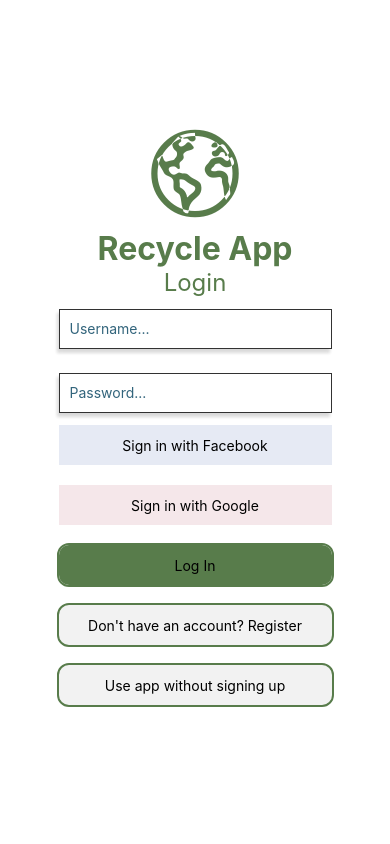
Repository: ct-pham/COMP4511
Screen: / (app in comp4511/)
The author's editor kept a copy of each file at every save. The screen is drawn from the files as they stood at one save, then again after the next save.
The app was drawn by React Native's web renderer in a window 390 px wide. The project was rebuilt for these pictures with package versions that can differ from the ones it lists, and the page was loaded fresh each time.

Above is the screen before, as saved 2022-11-07 16:46:20.

### comp4511/App.js

// import { NavigationContainer } from 'react-navigation/native';
// import { createNativeStackNavigator } from 'react-navigation/native-stack';
import Login from './Components/Login';
//import Register from './Components/Register';

export default function App() {
  return (
    // <NavigationContainer>
    //   <Stack.Navigator initialRouteName="Home">
    //     <Stack.Screen name="Login" component={Login} />
    //     <Stack.Screen name="Register" component={Register} />
    //   </Stack.Navigator>
    // </NavigationContainer>
    <Login />
  );
}

### comp4511/Components/Login.js
import {
    StyleSheet,
    Text,
    View,
    TextInput,
    TouchableOpacity,
} from 'react-native';

import FontAwesome from 'react-native-vector-icons/FontAwesome';

import Icon from 'react-native-vector-icons/Ionicons';

export default function Login( {navigation}) {
    return (
        <View style={styles.container}>
            <View>
                <Icon
                    name = "earth-outline"
                    size = {100}
                    color = "#587C4B"
                />
            </View>

            <Text style = {styles.title}>Recycle App</Text>
            <Text style = {styles.subtitle}>Login</Text>
            <View style={styles.inputView}>
                <TextInput
                    style={styles.TextInput}
                    placeholder="Username..."
                    placeholderTextColor="#003f5c"
                />
            </View>

            <View style={styles.inputView}>
                <TextInput
                    style={styles.TextInput}
                    placeholder="Password..."
                    placeholderTextColor="#003f5c"
                    secureTextEntry={true}
                />
            </View>

            <TouchableOpacity
                style = {styles.socialBtn}
            >
                <View style={styles.iconWrapper}>
                    <FontAwesome  />
                </View>
                <View style={styles.btnTxtWrapper}>
                    <Text >Sign in with Facebook</Text>
                </View>
            </TouchableOpacity>
            <TouchableOpacity
                style = {[styles.socialBtn, {backgroundColor: '#f5e7ea'}]}
            >
                <View style={styles.iconWrapper2}>
                    <FontAwesome  />
                </View>
                <View style={styles.btnTxtWrapper}>
                    <Text >Sign in with Google</Text>
                </View>
            </TouchableOpacity>


            <TouchableOpacity style = {styles.btnStyle}>
                <Text style={styles.loginBtn}>Log In</Text>
            </TouchableOpacity>

            <TouchableOpacity
                onPress = {console.log('Register')}
                style = {styles.btnStyle2}
            >
                <Text style={styles.loginBtn}>Don't have an account? Register</Text>
            </TouchableOpacity>

            <TouchableOpacity
                style = {styles.btnStyle2}
            >
                <Text style={styles.loginBtn}>Use app without signing up</Text>
            </TouchableOpacity>

        </View>
    );
}

const styles = StyleSheet.create({
    container: {
        flex: 1,
        backgroundColor: '#ffffff',
        alignItems: 'center',
        justifyContent: 'center',
    },
    inputView: {
        backgroundColor: '#ffffff',
        borderWidth: 1,
        borderColor: '#000000',
        height: 40,
        width: '70%',
        margin: 12,
        borderWidth: 1,
        padding: 10,
        shadowColor: '#171717',
        shadowOffset: {width: -2, height: 4},
        shadowOpacity: 0.2,
        shadowRadius: 3,
        opacity: 0.8,
    },
    button: {
        borderRadius: 25,
    },
    btnStyle: {
        backgroundColor: '#587C4B',
        outlineColor: '#587C4B',
        outlineWidth: 2,
        outlineStyle:  'solid',
        width: '70%',
        height: 40,
        alignItems: 'center',
        justifyContent: 'center',
        borderRadius: 10,
        marginBottom:20,
    },
    btnStyle2: {
        backgroundColor: '#F2F2F2',
        borderRadius: 10,
        outlineColor: '#587C4B',
        outlineWidth: 2,
        outlineStyle:  'solid',
        width: '70%',
        height: 40,
        alignItems: 'center',
        justifyContent: 'center',
        marginBottom: 20,
    },
    title: {
        fontSize: 32,
        fontWeight: 'bold',
        color: '#587C4B',
    },
    subtitle: {
        fontSize: 24,
        fontWeight: 'semibold',
        color: '#587C4B',
    },
    socialBtn: {
        backgroundColor: '#F2F2F2',
        width: '70%',
        height: 40,
        alignItems: 'center',
        justifyContent: 'center',
        marginBottom: 20,
    },
    socialBtn: {
        backgroundColor: '#e6eaf4',
        width: '70%',
        height: 40,
        alignItems: 'center',
        justifyContent: 'center',
        marginBottom: 20,
    }
});

After the next save:
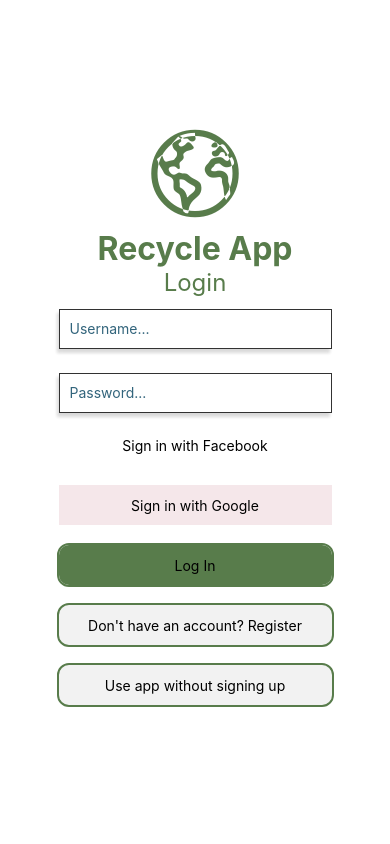
Saved 11 s later.
--- a/comp4511/Components/Login.js
+++ b/comp4511/Components/Login.js
@@ -143,19 +143,10 @@ const styles = StyleSheet.create({
         color: '#587C4B',
     },
     socialBtn: {
-        backgroundColor: '#F2F2F2',
         width: '70%',
         height: 40,
         alignItems: 'center',
         justifyContent: 'center',
         marginBottom: 20,
     },
-    socialBtn: {
-        backgroundColor: '#e6eaf4',
-        width: '70%',
-        height: 40,
-        alignItems: 'center',
-        justifyContent: 'center',
-        marginBottom: 20,
-    }
 });

After the save that followed:
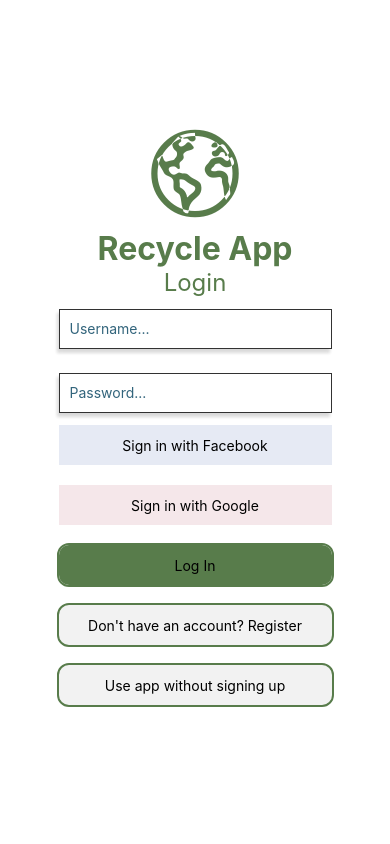
Saved 18 s later.
--- a/comp4511/Components/Login.js
+++ b/comp4511/Components/Login.js
@@ -41,7 +41,7 @@ export default function Login( {navigation}) {
             </View>
 
             <TouchableOpacity
-                style = {styles.socialBtn}
+                style = {[styles.socialBtn, {backgroundColor: '#e6eaf4'}]}
             >
                 <View style={styles.iconWrapper}>
                     <FontAwesome  />
